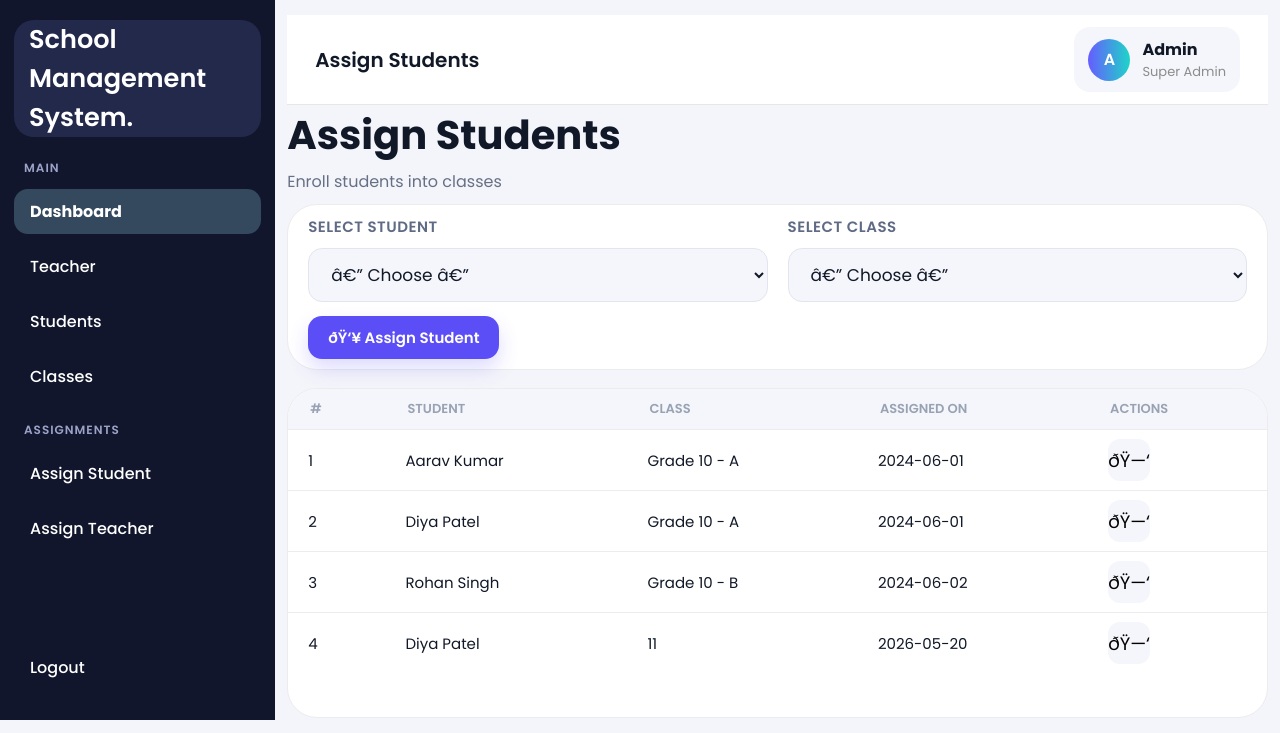
Repository: rohit-rk-07/school_management_system
Page: http://localhost/School_Management_System/admin/assignStudent.jsp
The author's editor kept a copy of each file at every save. The page is drawn from the files as they stood at one save, then again after the next save.
The browser window is 1280 px wide. The pictures show the whole page.
The page is served by Tomcat 10. Other server files are loaded and not shown.

Above is the page before, as saved 2026-05-22 18:15:53.

### School_Management_System/src/main/webapp/admin/assignStudent.jsp
<!DOCTYPE html>
<html lang="en">

<head>

    <meta charset="UTF-8">
    <meta name="viewport" content="width=device-width, initial-scale=1.0">

    <title>Assign Students UI</title>

    <link rel="preconnect" href="https://fonts.googleapis.com">

    <link href="https://fonts.googleapis.com/css2?family=Poppins:wght@300;400;500;600;700&display=swap"
        rel="stylesheet">

    <style>

        *{
            margin:0;
            padding:0;
            box-sizing:border-box;
            font-family:'Poppins',sans-serif;
        }

        body{
            background:#f4f5fb;
            color:#111827;
            display: flex;
            flex-direction: row;
            justify-content: space-between;
            align-items: start;
        }

        /* =========================
           TOPBAR
        ========================== */

        .assignStudentTopbar{
            width:100%;
            background:#ffffff;
            padding:12px 28px;
            display:flex;
            justify-content:space-between;
            align-items:center;
            border-bottom:1px solid #e7e7e7;
        }

        .assignStudentTopbarTitle{
            font-size:20px;
            font-weight:600;
        }

        .assignStudentAdminProfile{
            display:flex;
            align-items:center;
            gap:12px;
            background:#f5f6fb;
            padding:10px 14px;
            border-radius:16px;
        }

        .assignStudentAdminAvatar{
            width:42px;
            height:42px;
            border-radius:50%;
            background:linear-gradient(to right,#675cff,#1dd5c8);
            display:flex;
            align-items:center;
            justify-content:center;
            color:#ffffff;
            font-weight:600;
        }

        .assignStudentAdminRole{
            font-size:13px;
            color:#8c8c8c;
        }

        /* =========================
           PAGE CONTAINER
        ========================== */

        .assignStudentPageContainer{
            padding:15px 12px;
            width: 80%;
        }

        .assignStudentPageHeading{
            font-size:40px;
            font-weight:700;
        }

        .assignStudentPageSubtitle{
            color:#667085;
            margin-top:4px;
            margin-bottom:10px;
        }

        /* =========================
           FORM CARD
        ========================== */

        .assignStudentFormCard{
            background:#ffffff;
            border-radius:30px;
            padding:10px 20px;
            border:1px solid #ececec;
            margin-bottom:18px;
        }

        .assignStudentFormGrid{
            display:grid;
            grid-template-columns:1fr 1fr;
            gap:20px;
        }

        .assignStudentFormGroup{
            display:flex;
            flex-direction:column;
        }

        .assignStudentFormLabel{
            margin-bottom:10px;
            font-size:15px;
            font-weight:600;
            color:#5f6b85;
            letter-spacing:0.5px;
        }

        .assignStudentSelectInput{
            width:100%;
            height:54px;
            border:none;
            outline:none;
            background:#f5f6fb;
            border-radius:14px;
            padding:0 18px;
            font-size:17px;
            border:1px solid #e2e5ef;
            color:#111827;
            cursor:pointer;
        }

        /* =========================
           ASSIGN BUTTON
        ========================== */

        .assignStudentButton{
            margin-top:14px;
            border:none;
            background:#5c4ef7;
            color:#ffffff;
            padding:10px 20px;
            border-radius:14px;
            font-size:15px;
            font-weight:600;
            cursor:pointer;
            transition:0.3s;
            box-shadow:0 10px 20px rgba(92,78,247,0.2);
        }

        .assignStudentButton:hover{
            background:#4e40ee;
        }

        /* =========================
           TABLE CARD
        ========================== */

        .assignStudentTableCard{
            background:#ffffff;
            border-radius:30px;
            overflow-y: scroll;
            height: 330px;
            border:1px solid #ececec;
        }

        /* =========================
           TABLE
        ========================== */

        .assignStudentDataTable{
            width:100%;
            border-collapse:collapse;
            overflow-y: scroll;
        }

        .assignStudentDataTable thead{
            background:#f5f6fb;
        }

        .assignStudentDataTable th{
            text-align:left;
            padding:10px 22px;
            font-size:13px;
            color:#98a2b3;
            font-weight:600;
        }

        .assignStudentDataTable td{
            padding:9px 20px;
            border-top:1px solid #ececec;
            font-size:15px;
        }

        /* =========================
           DELETE BUTTON
        ========================== */

        .assignStudentDeleteButton{
            width:42px;
            height:42px;
            border:none;
            border-radius:12px;
            background:#f5f6fb;
            cursor:pointer;
            font-size:18px;
        }

        /* =========================
           RESPONSIVE
        ========================== */

        @media(max-width:768px){

            .assignStudentFormGrid{
                grid-template-columns:1fr;
            }

            .assignStudentDataTable{
                display:block;
                overflow-x:auto;
            }

        }

    </style>

</head>

<body>

    <!-- =========================
         TOPBAR
    ========================== -->
	<jsp:include page="sidebar.jsp" />


    <!-- =========================
         PAGE CONTENT
    ========================== -->

    <div class="assignStudentPageContainer">

    <div class="assignStudentTopbar">

        <h2 class="assignStudentTopbarTitle">
            Assign Students
        </h2>

        <div class="assignStudentAdminProfile">

            <div class="assignStudentAdminAvatar">
                A
            </div>

            <div>

                <h4>Admin</h4>

                <p class="assignStudentAdminRole">
                    Super Admin
                </p>

            </div>

        </div>

    </div>

        <!-- PAGE TITLE -->

        <h1 class="assignStudentPageHeading">
            Assign Students
        </h1>

        <p class="assignStudentPageSubtitle">
            Enroll students into classes
        </p>

        <!-- FORM CARD -->

        <div class="assignStudentFormCard">

            <div class="assignStudentFormGrid">

                <!-- STUDENT -->

                <div class="assignStudentFormGroup">

                    <label class="assignStudentFormLabel">
                        SELECT STUDENT
                    </label>

                    <select class="assignStudentSelectInput">

                        <option>
                            — Choose —
                        </option>

                        <option>
                            Aarav Kumar
                        </option>

                        <option>
                            Diya Patel
                        </option>

                        <option>
                            Rohan Singh
                        </option>

                        <option>
                            Sneha Gupta
                        </option>

                    </select>

                </div>

                <!-- CLASS -->

                <div class="assignStudentFormGroup">

                    <label class="assignStudentFormLabel">
                        SELECT CLASS
                    </label>

                    <select class="assignStudentSelectInput">

                        <option>
                            — Choose —
                        </option>

                        <option>
                            Grade 10 - A
                        </option>

                        <option>
                            Grade 10 - B
                        </option>

                        <option>
                            Grade 11 - A
                        </option>

                    </select>

                </div>

            </div>

            <!-- BUTTON -->

            <button class="assignStudentButton">
                👥 Assign Student
            </button>

        </div>

        <!-- TABLE CARD -->

        <div class="assignStudentTableCard">

            <table class="assignStudentDataTable">

                <thead>

                    <tr>

                        <th>#</th>
                        <th>STUDENT</th>
                        <th>CLASS</th>
                        <th>ASSIGNED ON</th>
                        <th>ACTIONS</th>

                    </tr>

                </thead>

                <tbody>

                    <tr>

                        <td>1</td>

                        <td>
                            Aarav Kumar
                        </td>

                        <td>
                            Grade 10 - A
                        </td>

                        <td>
                            2024-06-01
                        </td>

                        <td>

                            <button class="assignStudentDeleteButton">
                                🗑
                            </button>

                        </td>

                    </tr>

                    <tr>

                        <td>2</td>

                        <td>
                            Diya Patel
                        </td>

                        <td>
                            Grade 10 - A
                        </td>

                        <td>
                            2024-06-01
                        </td>

                        <td>

                            <button class="assignStudentDeleteButton">
                                🗑
                            </button>

                        </td>

                    </tr>

                    <tr>

                        <td>3</td>

                        <td>
                            Rohan Singh
                        </td>

                        <td>
                            Grade 10 - B
                        </td>

                        <td>
                            2024-06-02
                        </td>

                        <td>

                            <button class="assignStudentDeleteButton">
                                🗑
                            </button>

                        </td>

                    </tr>

                    <tr>

                        <td>4</td>

                        <td>
                            Diya Patel
                        </td>

                        <td>
                            11
                        </td>

                        <td>
                            2026-05-20
                        </td>

                        <td>

                            <button class="assignStudentDeleteButton">
                                🗑
                            </button>

                        </td>

                    </tr>


                </tbody>

            </table>

        </div>

    </div>

</body>

</html>

### School_Management_System/src/main/webapp/admin/sidebar.jsp
<!DOCTYPE html>
<html lang="en">
<head>
  <meta charset="UTF-8" />
  <meta name="viewport" content="width=device-width, initial-scale=1.0"/>
  <title>School Sidebar</title>

  <style type="text/css">
  *{
  margin:0;
  padding:0;
  box-sizing:border-box;
}

body{
  font-family:'Poppins',sans-serif;
  background:#f4f5fa;
}

.schoolSidebar{
  width:280px;
  height:100vh;
  background:#11162d;
  color:#ffffff;
  padding:20px 14px;
  display:flex;
  flex-direction:column;
  justify-content:space-between;
  /*border-top-right-radius:20px;
  border-bottom-right-radius:20px;*/
  transition:0.3s;
}

.schoolSidebarLogo {
    font-size: 1.6rem;
    font-weight: 600;
    background: #23294b;
    border-radius: 20px;
    padding: 0 15px;
    }

schoolSidebarLogo{
  border-radius:14px;
  background:#23294b;
  display:flex;
  align-items:start;
  justify-content:start;
  font-size:20px;
  margin-bottom:35px;
}

.schoolSidebarMenuTitle{
  color:#9ca3c7;
  font-size:12px;
  letter-spacing:1px;
  margin:22px 10px 12px;
  font-weight:600;
}

.schoolSidebarMenuList{
  list-style:none;
}

.schoolSidebarMenuItem{
  display:flex;
  align-items:center;
  gap:14px;
  padding:10px 16px;
  border-radius:14px;
  margin-bottom:10px;
  color:#b6bdd9;
  cursor:pointer;
  transition:0.3s;
  font-size:15px;
  font-weight:500;
}

.schoolSidebarMenuItem a{
  font-size:16px;
  text-decoration: none;
  color: #fff;
  width: 100%;
  height: 100%;
}

.schoolSidebarMenuItem:hover{
  background:#242b4d;
  color:#ffffff;
}

.schoolSidebarActive{
  background:#4d44cc;
  color:#ffffff;
}

.schoolSidebarMenuItem {

    transition: background-color 0.2s ease;
}


.schoolSidebarMenuItem.schoolSidebarActive {
    background-color: #34495e;
}

.schoolSidebarMenuItem.schoolSidebarActive a {
    color: #ffffff;
    font-weight: bold;
}

@media(max-width:768px){

  .schoolSidebar{
    width:100%;
    height:auto;
    border-radius:0;
  }

}
  </style>

  <link rel="preconnect" href="https://fonts.googleapis.com">
  <link href="https://fonts.googleapis.com/css2?family=Poppins:wght@300;400;500;600;700&display=swap" rel="stylesheet">
</head>

<body>

  <aside class="schoolSidebar">

    <div class="schoolSidebarTop">

      <div class="schoolSidebarLogo">
        School Management System.
      </div>

      <div class="schoolSidebarMenuTitle">
        MAIN
      </div>

      <ul class="schoolSidebarMenuList">

        <li class="schoolSidebarMenuItem schoolSidebarActive">
          <a href="/School_Management_System/admin/dashboard/dashboard.jsp">Dashboard</a>
        </li>

        <li class="schoolSidebarMenuItem">
          <a href="/School_Management_System/admin/manage_teacher/addteacher.jsp">Teacher</a>

        </li>

        <li class="schoolSidebarMenuItem">
          <a href="/School_Management_System/admin/manage_student/addstudent.jsp">Students</a>
        </li>

        <li class="schoolSidebarMenuItem">
          <a href="/School_Management_System/admin/manage_classes/addclasses.jsp">Classes</a>
        </li>

      </ul>

      <div class="schoolSidebarMenuTitle">
        ASSIGNMENTS
      </div>

      <ul class="schoolSidebarMenuList">

        <li class="schoolSidebarMenuItem">
          <a href="/School_Management_System/admin/assign_student/assignStudent.jsp">Assign Student</a>
        </li>

        <li class="schoolSidebarMenuItem">
          <a href="/School_Management_System/admin/assign_teacher/assignTeacher.jsp">Assign Teacher</a>
        </li>

      </ul>

    </div>

    <div class="schoolSidebarBottom">

      <ul class="schoolSidebarMenuList">

        <li class="schoolSidebarMenuItem">
          <a href="/School_Management_System/login/login.jsp">Logout</a>
        </li>

      </ul>

    </div>

  </aside>

  <script>

  document.addEventListener("DOMContentLoaded", function () {
    const currentPath = window.location.pathname;
    const menuLinks = document.querySelectorAll(".schoolSidebarMenuList a");

    menuLinks.forEach(link => {
        const linkPath = link.getAttribute("href");

        if (currentPath.endsWith(linkPath)) {
            document.querySelectorAll(".schoolSidebarMenuItem").forEach(item => {
                item.classList.remove("schoolSidebarActive");
            });

            link.closest(".schoolSidebarMenuItem").classList.add("schoolSidebarActive");
        }
    });
});

  </script>

</body>
</html>

After the next save:
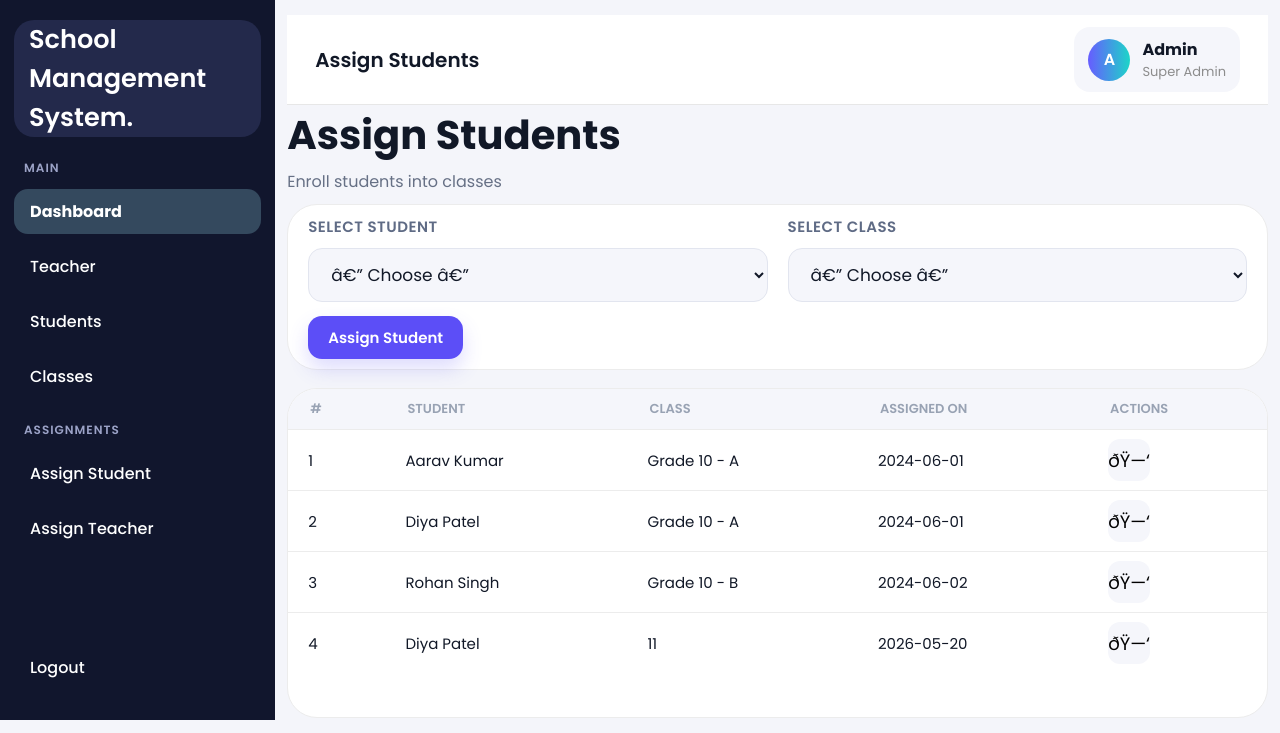
Saved 8 min 42 s later.
--- a/School_Management_System/src/main/webapp/admin/assignStudent.jsp
+++ b/School_Management_System/src/main/webapp/admin/assignStudent.jsp
@@ -291,81 +291,38 @@
         <!-- FORM CARD -->
 
         <div class="assignStudentFormCard">
-
+        <form action="">
             <div class="assignStudentFormGrid">
 
                 <!-- STUDENT -->
-
                 <div class="assignStudentFormGroup">
-
-                    <label class="assignStudentFormLabel">
-                        SELECT STUDENT
-                    </label>
+                    <label class="assignStudentFormLabel">SELECT STUDENT</label>
 
                     <select class="assignStudentSelectInput">
-
-                        <option>
-                            — Choose —
-                        </option>
-
-                        <option>
-                            Aarav Kumar
-                        </option>
-
-                        <option>
-                            Diya Patel
-                        </option>
-
-                        <option>
-                            Rohan Singh
-                        </option>
-
-                        <option>
-                            Sneha Gupta
-                        </option>
-
+                        <option>— Choose —</option>
+                        <option>Aarav Kumar</option>
+                        <option>Diya Patel</option>
+                        <option>Rohan Singh</option>
+                        <option>Sneha Gupta</option>
                     </select>
-
                 </div>
 
                 <!-- CLASS -->
-
                 <div class="assignStudentFormGroup">
-
-                    <label class="assignStudentFormLabel">
-                        SELECT CLASS
-                    </label>
+                    <label class="assignStudentFormLabel">SELECT CLASS</label>
 
                     <select class="assignStudentSelectInput">
-
-                        <option>
-                            — Choose —
-                        </option>
-
-                        <option>
-                            Grade 10 - A
-                        </option>
-
-                        <option>
-                            Grade 10 - B
-                        </option>
-
-                        <option>
-                            Grade 11 - A
-                        </option>
-
+                        <option>— Choose —</option>
+                        <option>Grade 10 - A</option>
+                        <option>Grade 10 - B</option>
+                        <option>Grade 11 - A</option>
                     </select>
-
                 </div>
-
             </div>
-
             <!-- BUTTON -->
 
-            <button class="assignStudentButton">
-                👥 Assign Student
-            </button>
-
+            <button class="assignStudentButton">Assign Student</button>
+		</form>
         </div>
 
         <!-- TABLE CARD -->
